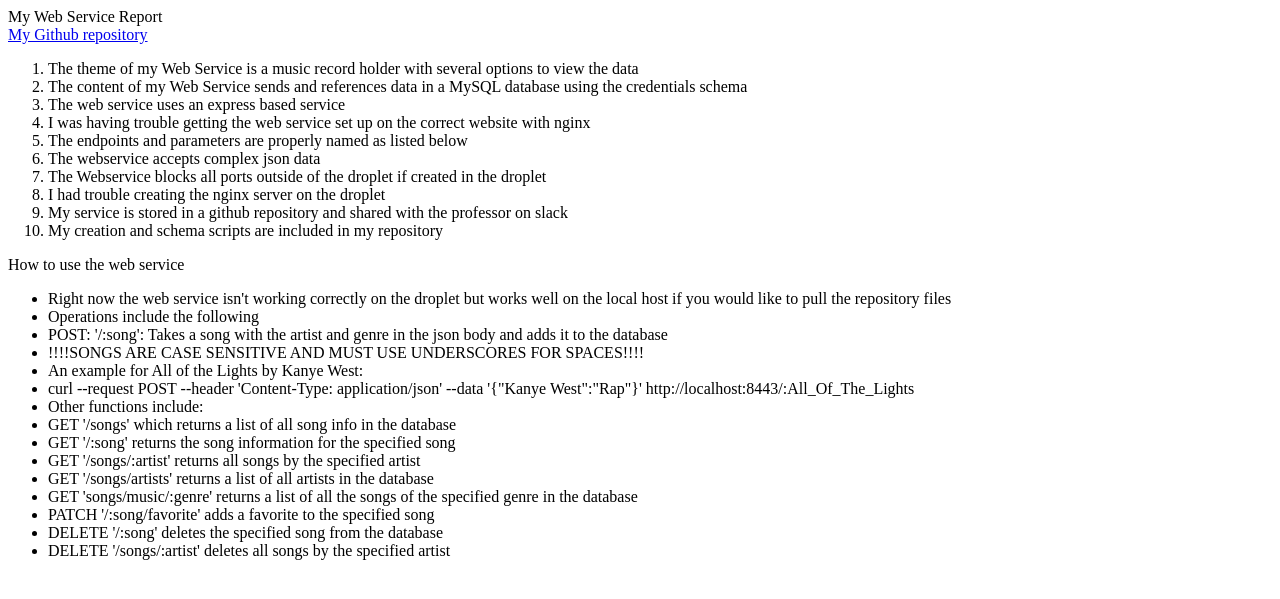
Repository: alharama/WebService
Page: report.html
An editor plug-in stored every save of this project. The page is shown before and after the next save, followed by the edit.
The browser window is 1280 px wide. The pictures show the whole page.

Above is the page before, as saved 2021-11-01 19:01:28.

After the next save:
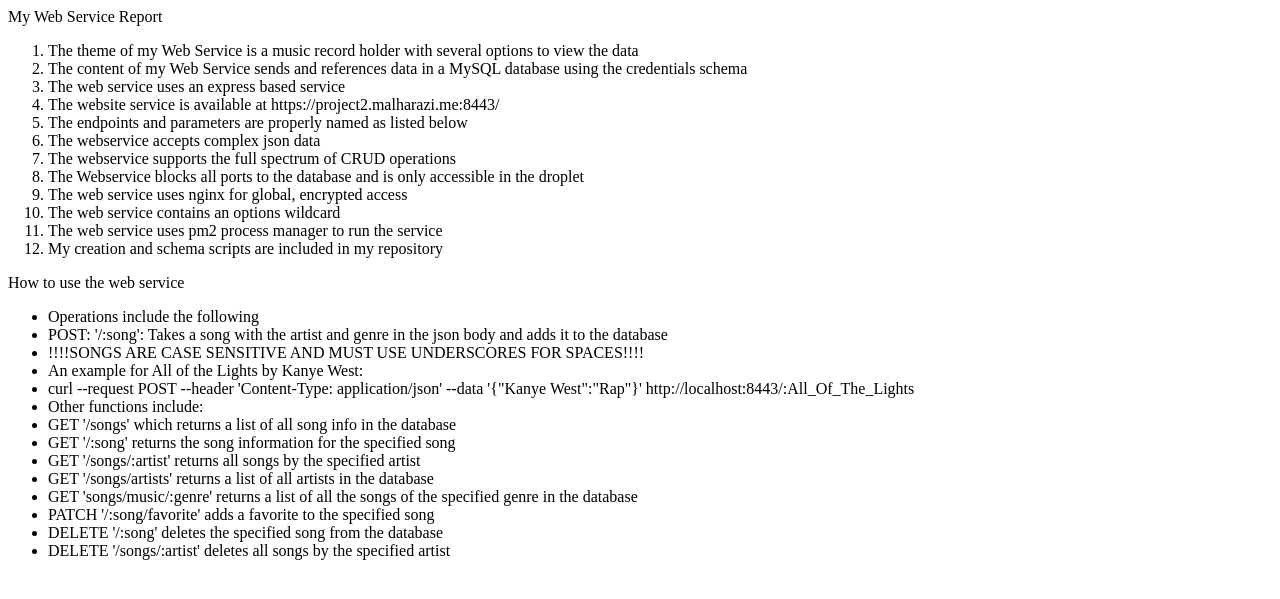
Saved 4 min 47 s later.
--- a/report.html
+++ b/report.html
@@ -6,8 +6,6 @@
 
   <body>
     <header>My Web Service Report</header>
-
-    <a href="https://github.com/alharama/WebService"> My Github repository</a>
     <ol>
       <li>
         The theme of my Web Service is a music record holder with several
@@ -19,30 +17,23 @@
       </li>
       <li>The web service uses an express based service</li>
       <li>
-        I was having trouble getting the web service set up on the correct
-        website with nginx
+        The website service is available at https://project2.malharazi.me:8443/
       </li>
       <li>The endpoints and parameters are properly named as listed below</li>
       <li>The webservice accepts complex json data</li>
+      <li>The webservice supports the full spectrum of CRUD operations</li>
       <li>
-        The Webservice blocks all ports outside of the droplet if created in the
-        droplet
+        The Webservice blocks all ports to the database and is only accessible
+        in the droplet
       </li>
-      <li>I had trouble creating the nginx server on the droplet</li>
-      <li>
-        My service is stored in a github repository and shared with the
-        professor on slack
-      </li>
+      <li>The web service uses nginx for global, encrypted access</li>
+      <li>The web service contains an options wildcard</li>
+      <li>The web service uses pm2 process manager to run the service</li>
       <li>My creation and schema scripts are included in my repository</li>
     </ol>
 
     How to use the web service
     <ul>
-      <li>
-        Right now the web service isn't working correctly on the droplet but
-        works well on the local host if you would like to pull the repository
-        files
-      </li>
       <li>Operations include the following</li>
       <li>
         POST: '/:song': Takes a song with the artist and genre in the json body
